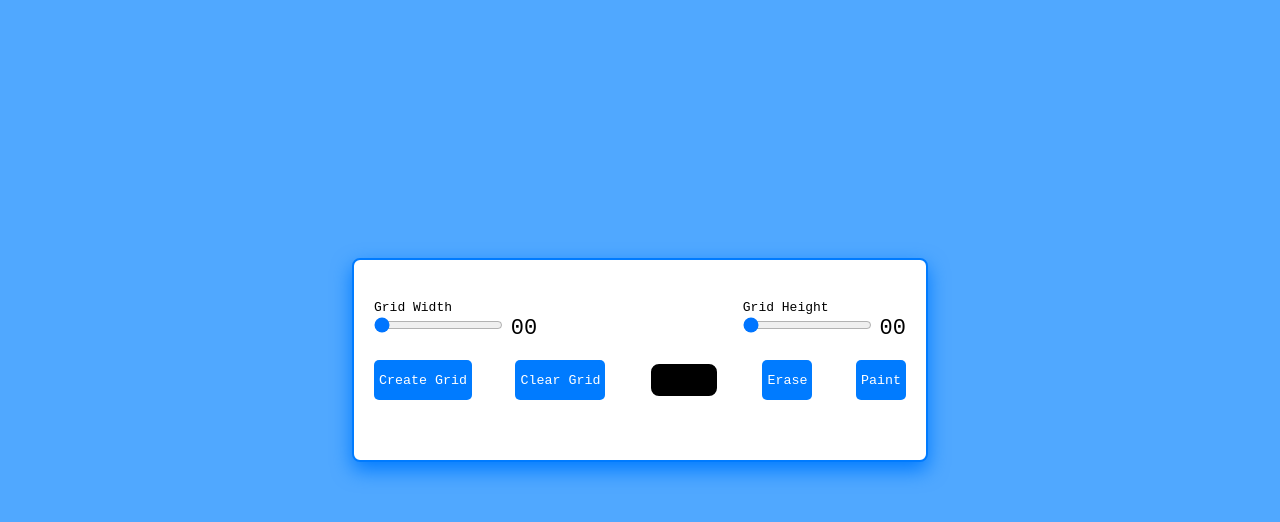
Repository: radisyah/Pixel_Art_Generator
Page: index.html
These files come from the project's save history. The page is drawn as it stood at one moment and after the next save; the edit follows.
The browser window is 1280 px wide. The pictures show the whole page.

Above is the page before, as saved 2024-11-20 13:13:19.

After the next save:
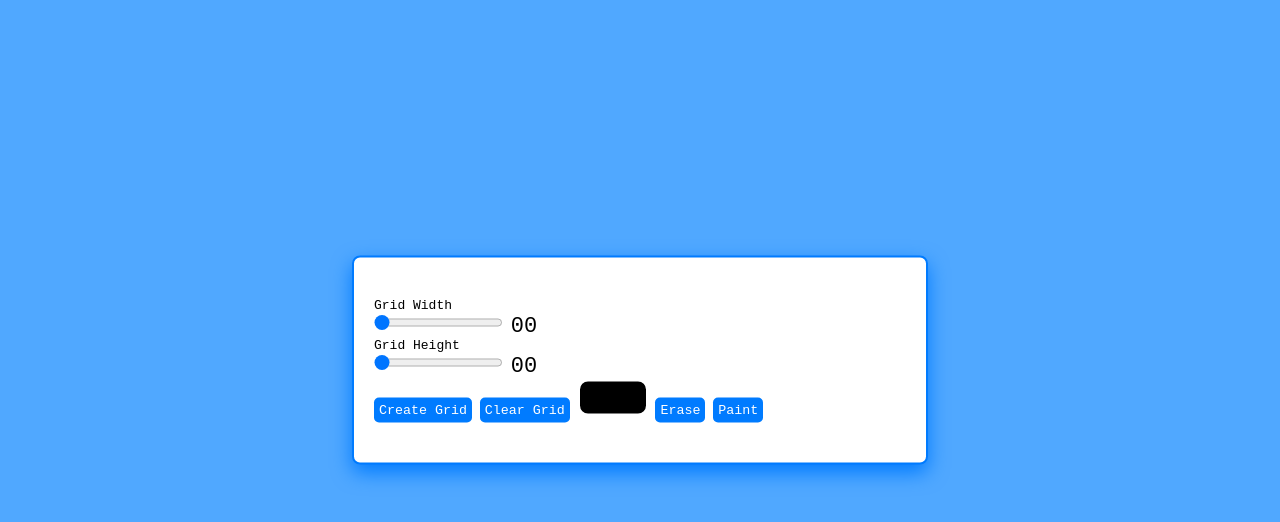
Saved 34 s later.
--- a/index.html
+++ b/index.html
@@ -1,17 +1,19 @@
 <!DOCTYPE html>
 <html lang="en">
+
 <head>
     <meta charset="UTF-8">
+    <meta http-equiv="X-UA-Compatible" content="IE=edge">
     <meta name="viewport" content="width=device-width, initial-scale=1.0">
     <link rel="stylesheet" href="style.css">
-    <title>#1 - Pixel Art Generator</title>
+    <title>#1 - Pixel Art Generator | AsmrProg</title>
 </head>
+
 <body>
 
     <div class="wrapper">
-
         <div class="options">
-            <div class="option-wrapper">
+            <div class="opt-wrapper">
                 <div class="slider">
                     <label for="width-range">Grid Width</label>
                     <input type="range" id="width-range" min="1" max="35">
@@ -20,11 +22,11 @@
                 <div class="slider">
                     <label for="height-range">Grid Height</label>
                     <input type="range" id="height-range" min="1" max="35">
-                    <span id="height-range">00</span>
+                    <span id="height-value">00</span>
                 </div>
             </div>
 
-            <div class="option-wrapper">
+            <div class="opt-wrapper">
                 <button id="submit-grid">Create Grid</button>
                 <button id="clear-grid">Clear Grid</button>
                 <input type="color" id="color-input">
@@ -33,12 +35,13 @@
             </div>
 
         </div>
-
         <div class="container"></div>
-
     </div>
 
+
+
+
     <script src="index.js"></script>
+</body>
 
-</body>
 </html>

After the save that followed:
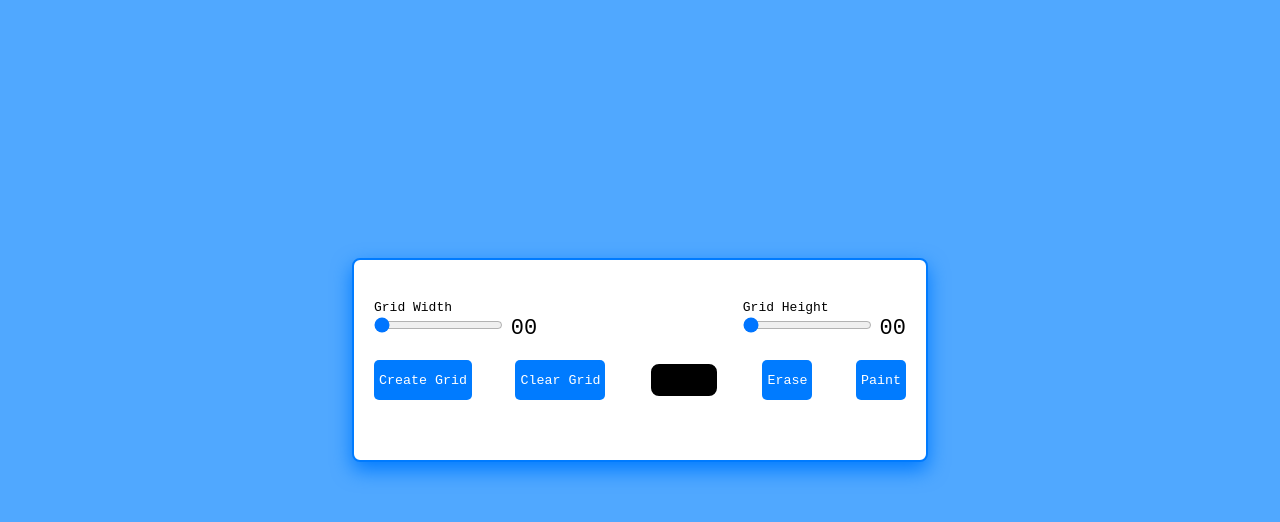
Saved 7 s later.
--- a/index.html
+++ b/index.html
@@ -1,19 +1,17 @@
 <!DOCTYPE html>
 <html lang="en">
-
 <head>
     <meta charset="UTF-8">
-    <meta http-equiv="X-UA-Compatible" content="IE=edge">
     <meta name="viewport" content="width=device-width, initial-scale=1.0">
     <link rel="stylesheet" href="style.css">
-    <title>#1 - Pixel Art Generator | AsmrProg</title>
+    <title>#1 - Pixel Art Generator</title>
 </head>
-
 <body>
 
     <div class="wrapper">
+
         <div class="options">
-            <div class="opt-wrapper">
+            <div class="option-wrapper">
                 <div class="slider">
                     <label for="width-range">Grid Width</label>
                     <input type="range" id="width-range" min="1" max="35">
@@ -22,11 +20,11 @@
                 <div class="slider">
                     <label for="height-range">Grid Height</label>
                     <input type="range" id="height-range" min="1" max="35">
-                    <span id="height-value">00</span>
+                    <span id="height-range">00</span>
                 </div>
             </div>
 
-            <div class="opt-wrapper">
+            <div class="option-wrapper">
                 <button id="submit-grid">Create Grid</button>
                 <button id="clear-grid">Clear Grid</button>
                 <input type="color" id="color-input">
@@ -35,13 +33,12 @@
             </div>
 
         </div>
+
         <div class="container"></div>
+
     </div>
 
+    <script src="index.js"></script>
 
-
-
-    <script src="index.js"></script>
 </body>
-
 </html>
